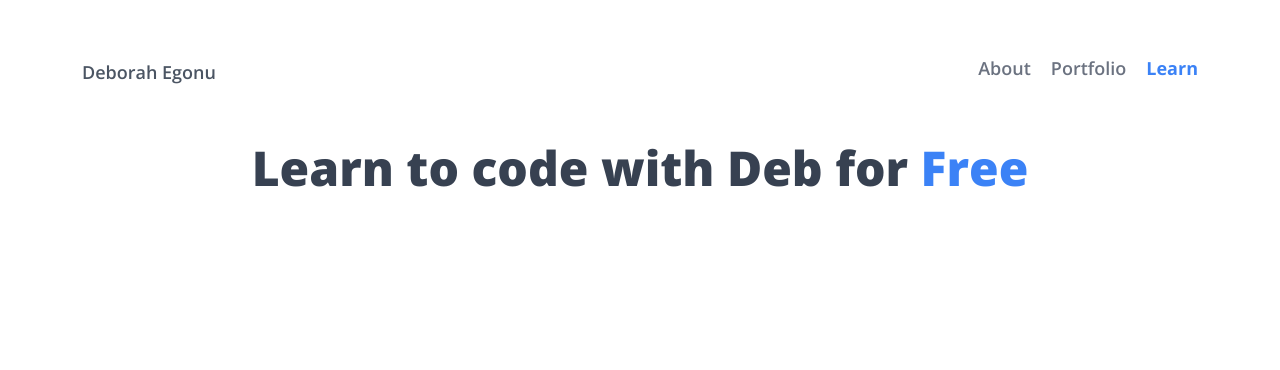
Repository: latenightsnacc/codewithdeb
Page: learn/courses/HTML/getting-started.html
These files come from the project's save history. The page is drawn as it stood at one moment and after the next save; the edit follows.
The browser window is 1280 px wide. The pictures show the whole page.
The style sheet was rebuilt from its Sass, Less or Tailwind sources for each picture, by a compiler version that may differ from the author's.

Above is the page before, as saved 2021-06-07 14:08:16.

### learn/courses/HTML/getting-started.html
<!DOCTYPE html>
<html lang="en">
    <head>
        <meta charset="UTF-8">
        <meta http-equiv="X-UA-Compatible" content="IE=edge">
        <meta name="viewport" content="width=device-width, initial-scale=1.0">
        <!--TAILWIND CDN-->
        <link href="https://unpkg.com/tailwindcss@^2/dist/tailwind.min.css" rel="stylesheet">
        <!--BOOTSTRAP CDN-->
        <link href="https://cdn.jsdelivr.net/npm/bootstrap@5.0.1/dist/css/bootstrap.min.css" rel="stylesheet" integrity="sha384-+0n0xVW2eSR5OomGNYDnhzAbDsOXxcvSN1TPprVMTNDbiYZCxYbOOl7+AMvyTG2x" crossorigin="anonymous">
         <!--CUSTOM CSS-->
        <link rel="stylesheet" href="stylesheet.css">
        <!--Page Title-->
        <title>LEARN WITH DEBORAH EGONU</title>
    </head>
<body class="bg-white">
    <!--SPACER-->
    <div class="h-12"></div>
    <!--NAVIGATION BAR / HEADER-->
    <nav>
        <div class="container">
            <div class="flex flex-row justify-between h-12 items-center">
                <!--LOGO-->
                <a href="index.html" class="no-underline font-semibold text-gray-600 capitalize text-lg hover:text-blue-500">
                    Deborah Egonu
                </a>
                <!--MENU-->
                <ul class="flex flex-row h-100 items-center pt-2">
                    <li class="mr-5">
                        <a href="about.html" class="no-underline font-semibold text-gray-500 capitalize text-lg hover:text-blue-500">about</a>
                    </li>
                    <li class="mr-5">
                        <a href="portfolio.html" class="no-underline font-semibold text-gray-500 capitalize text-lg hover:text-blue-500">portfolio</a>
                    </li>
                    <li class="">
                        <a href="learn.html" class="no-underline font-bold text-blue-500 capitalize text-lg hover:text-blue-500">learn</a>
                    </li>
                </ul>
            </div>

        </div>
    </nav>
    <!--SPACER-->
    <div class="h-12"></div>
    <!--H1 TEXT-->
    <div class="container">
        <h1 class="text-center font-black text-2xl md:text-4xl lg:text-5xl text-gray-700">Learn to code with Deb for <span class="text-blue-500">Free</span></h1>
    </div>
    <!--SPACER-->
    <div class="h-16"></div>

### stylesheet.scss
@import url('https://fonts.googleapis.com/css2?family=Open+Sans:wght@300;400;600;700;800&display=swap');
h1, body, a {
    font-family: 'Open Sans', sans-serif;
}

After the next save:
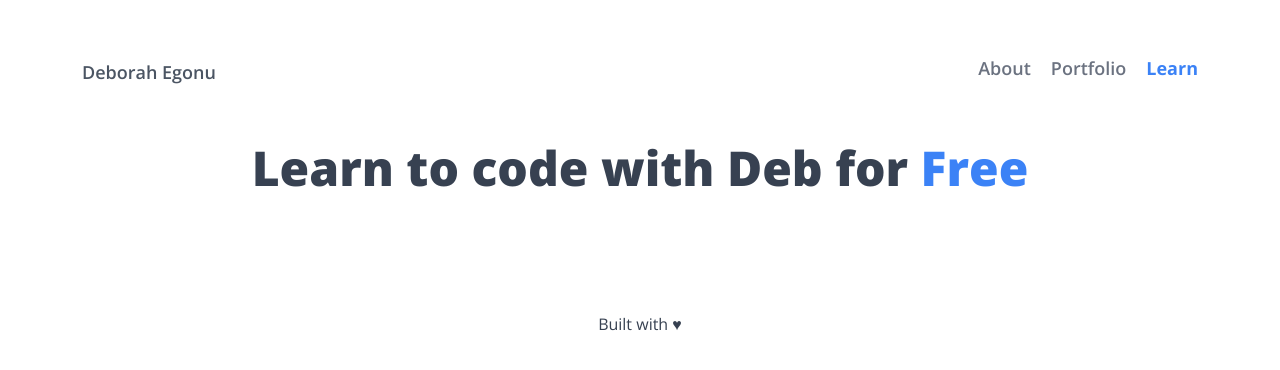
Saved 15 s later.
--- a/learn/courses/HTML/getting-started.html
+++ b/learn/courses/HTML/getting-started.html
@@ -48,3 +48,12 @@
     </div>
     <!--SPACER-->
     <div class="h-16"></div>
+     <!--SPACER-->
+     <div class="h-12"></div>
+     <footer>
+         <div class="container">
+             <p class="text-center text-gray-700">Built with &hearts;</p>
+         </div>
+     </footer>
+ </body>
+ </html>
